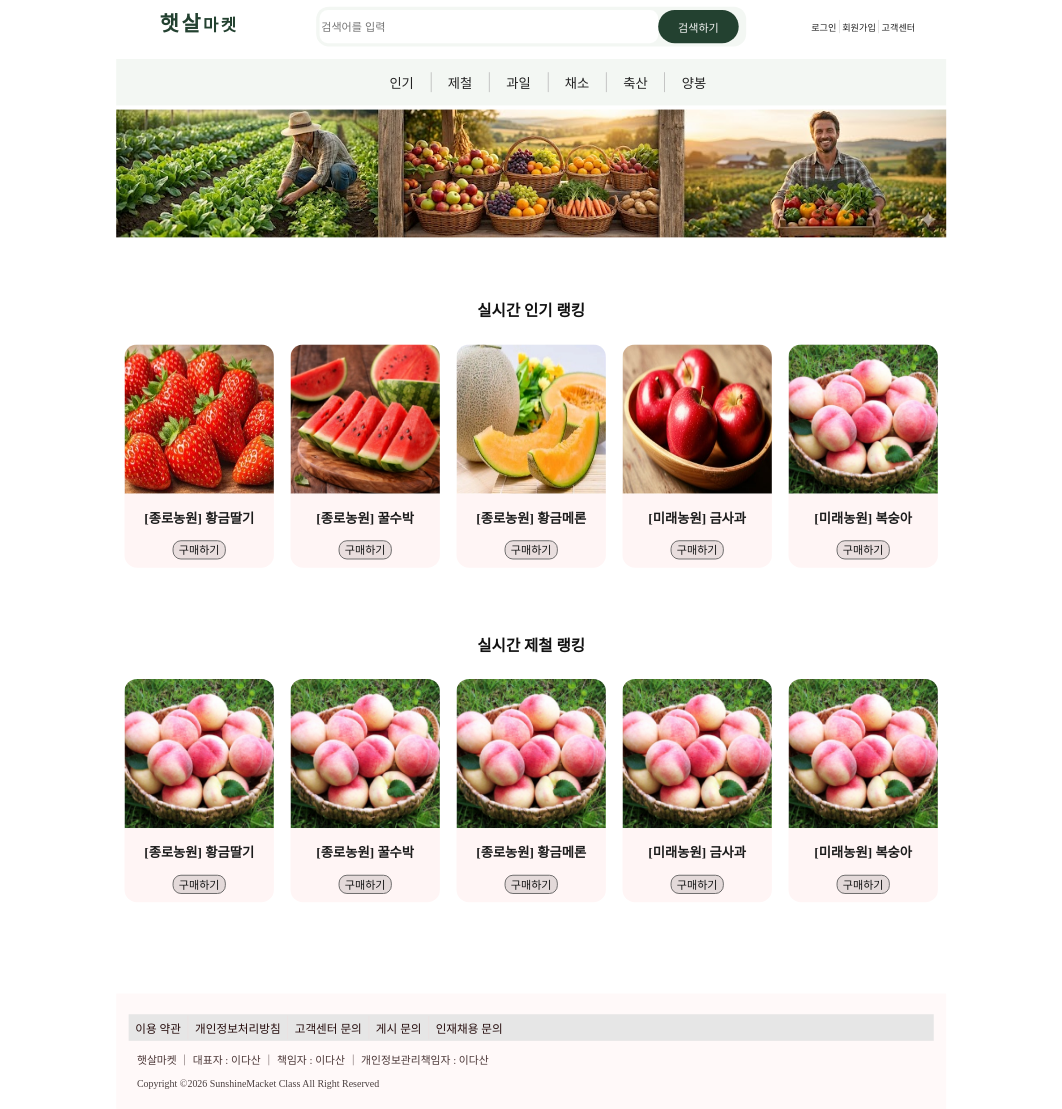
Repository: ham-zi/front-practice
Page: http://localhost/marketfresh/
These files come from the project's save history. The page is drawn as it stood at one moment and after a run of saves; the edit follows.
The browser window is 1280 px wide. The pictures show the whole page, at 83% of full size.
The page is served by Tomcat 9. Nobody is signed in. The application's start-up code is not run.

Above is the page before, as saved 2026-05-08 00:28:48.

After the next 2 saves:
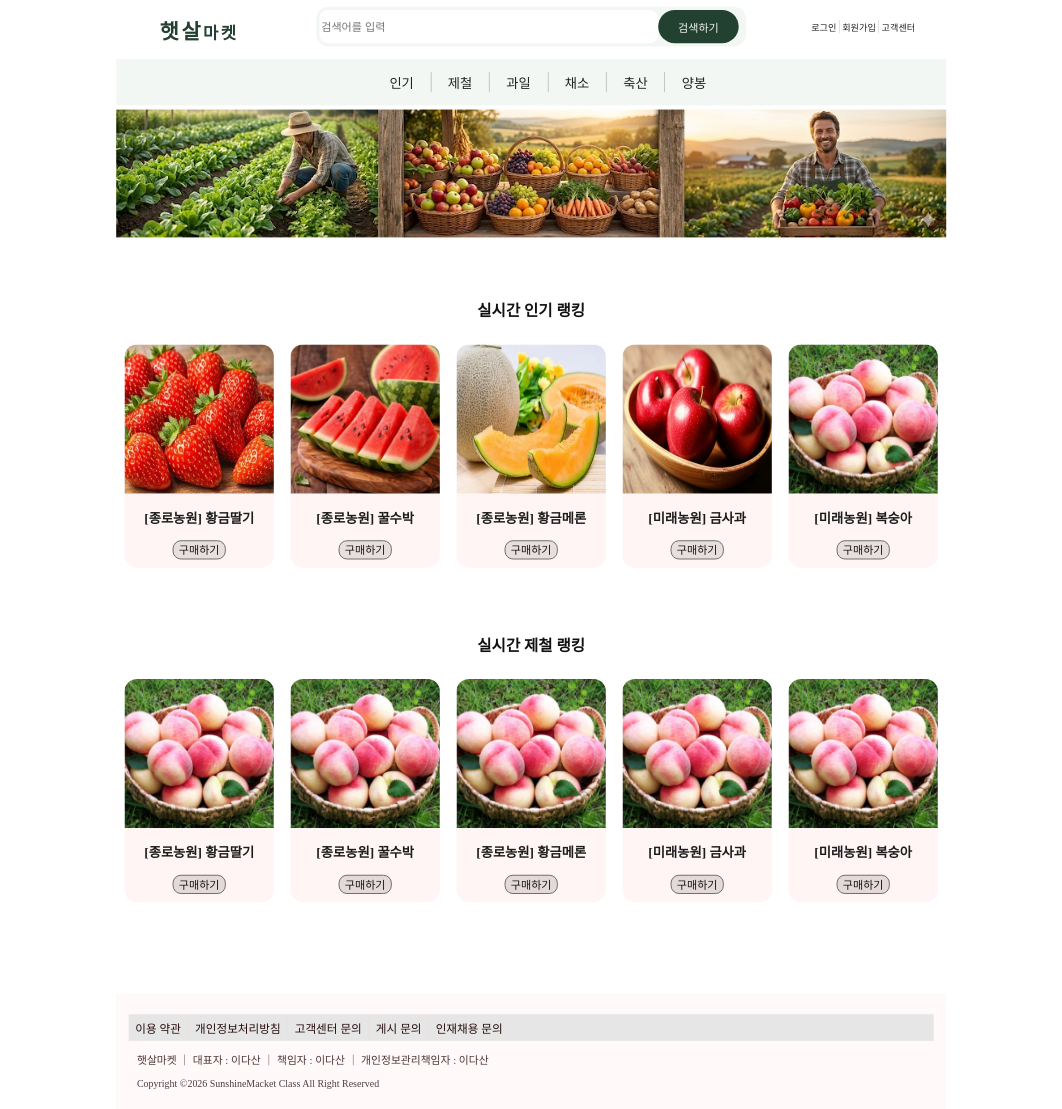
The 2 saves are shown as one change because they came seconds apart.
The last was saved 75 s later.
--- a/MINI_WEB-workspace/marketfresh/src/main/webapp/resources/css/logo.css
+++ b/MINI_WEB-workspace/marketfresh/src/main/webapp/resources/css/logo.css
@@ -2,6 +2,7 @@
     display: flex;
     align-items: center;
     justify-content: center;
+    padding-top : 10px;
 }
 
 #logo_1{
